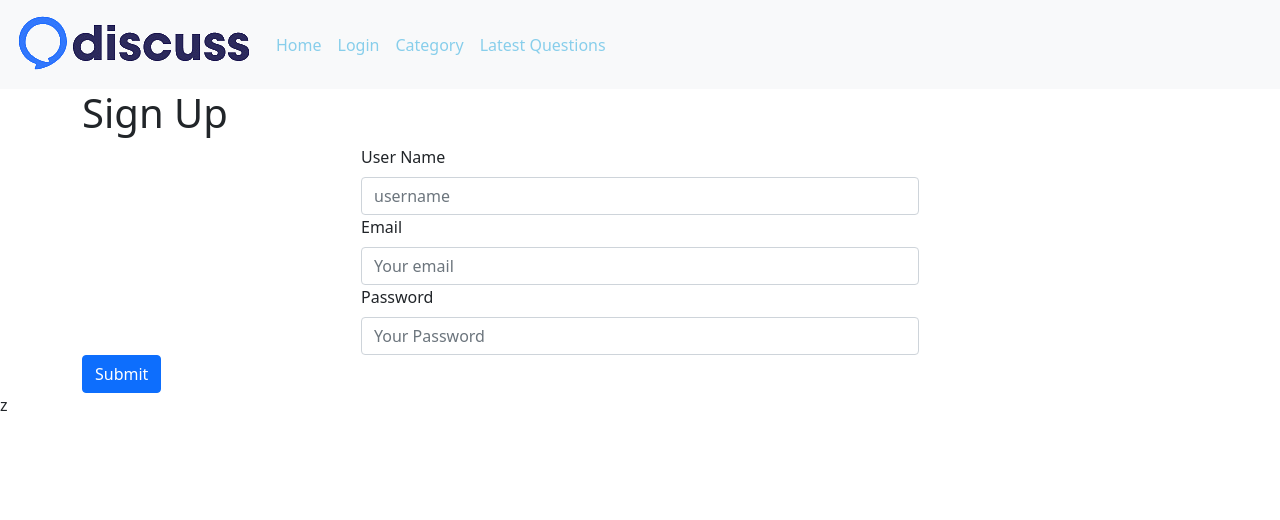
Repository: zeeShanizeeshan/php-project
Page: http://localhost/?signup=true
An editor plug-in stored every save of this project. The page is shown before and after the next save, followed by the edit.
The browser window is 1280 px wide. The pictures show the whole page.
The page is run by PHP 8.4 with error messages shown; the project is at /var/www/html/.

Above is the page before, as saved 2025-12-02 16:38:28.

### index.php
<!DOCTYPE html>
<html lang="en">

<head>
    <meta charset="UTF-8">
    <title>Discuss Project</title>
    <?php include('./client/commonFiles.php') ?>
</head>

<body>
    <?php
    include('./client/header.php');
    include('./client/signup.php');
    ?>
</body>

</html>

### client/commonFiles.php
<link href="https://cdn.jsdelivr.net/npm/bootstrap@5.0.2/dist/css/bootstrap.min.css" rel="stylesheet" integrity="sha384-EVSTQN3/azprG1Anm3QDgpJLIm9Nao0Yz1ztcQTwFspd3yD65VohhpuuCOmLASjC" crossorigin="anonymous">
<script src="https://cdn.jsdelivr.net/npm/bootstrap@5.0.2/dist/js/bootstrap.bundle.min.js" integrity="sha384-MrcW6ZMFYlzcLA8Nl+NtUVF0sA7MsXsP1UyJoMp4YLEuNSfAP+JcXn/tWtIaxVXM" crossorigin="anonymous"></script>
<link rel="stylesheet" href="./public/style.css">
</link>

### client/header.php
<nav class="navbar navbar-expand-lg navbar-light bg-light">
    <div class="container-fluid">
        <a class="navbar-brand" href="#">
            <img src="./public/discusslogo.png" alt="">
        </a>
        <div class="collapse navbar-collapse" id="navbarNav">
            <ul class="navbar-nav">
                <li class="nav-item">
                    <a class="nav-link active" aria-current="page" href="#">Home</a>
                </li>
                <li class="nav-item">
                    <a class="nav-link" href="#">Login</a>
                </li>
                <li class="nav-item">
                    <a class="nav-link" href="#">Category</a>
                </li>
                <li class="nav-item">
                    <a class="nav-link" href="#">Latest Questions</a>
                </li>
            </ul>
        </div>
    </div>
</nav>

### client/signup.php
<div class="container">
    <h1>Sign Up</h1>
    <form>

        <div class="col-6 offset-sm-3">
            <label for="username" class="form-label">User Name</label>
            <input type="text" class="form-control" id="username" placeholder="username">
        </div>

        <div class="col-6 offset-sm-3">
            <label for="email" class="form-label">Email</label>
            <input type="text" class="form-control" id="email" placeholder="Your email">
        </div>

        <div class="col-6 offset-sm-3">
            <label for="Password" class="form-label">Password</label>
            <input type="Password" class="form-control" id="Password" placeholder="Your Password">
        </div>

        <button type="submit" class="btn btn-primary">Submit</button>
    </form>
</div>z

### public/style.css
a{
    color: skyblue !important;
}

After the next save:
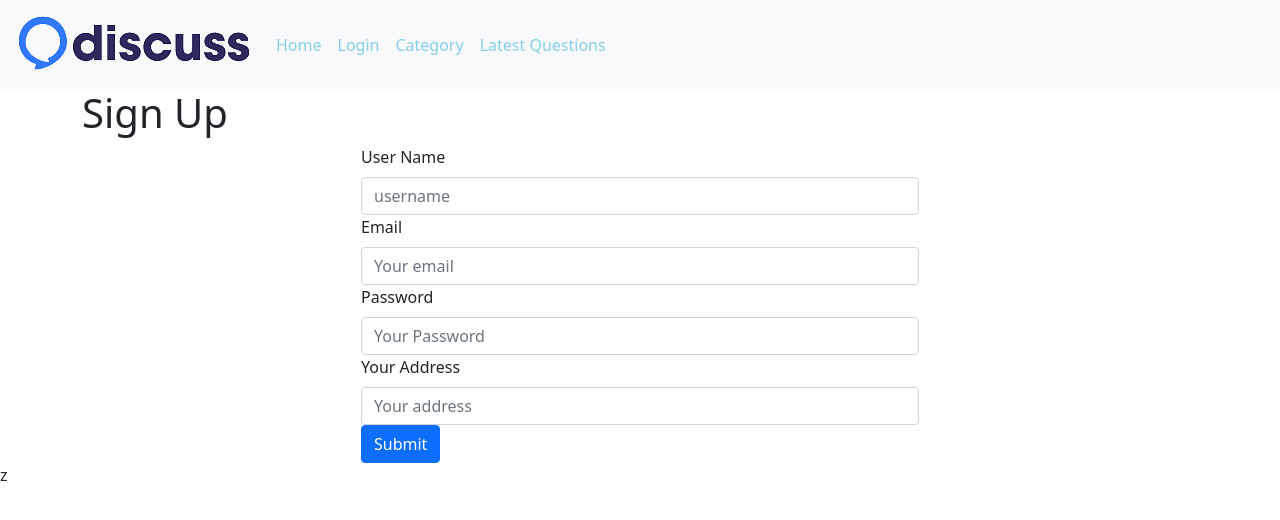
Saved 112 s later.
--- a/client/signup.php
+++ b/client/signup.php
@@ -17,6 +17,13 @@
             <input type="Password" class="form-control" id="Password" placeholder="Your Password">
         </div>
 
-        <button type="submit" class="btn btn-primary">Submit</button>
+        <div class="col-6 offset-sm-3">
+            <label for="address" class="form-label">Your Address</label>
+            <input type="text" class="form-control" id="address" placeholder="Your address">
+        </div>
+        <div class="col-6 offset-sm-3">
+            <button type="submit" class="btn btn-primary">Submit</button>
+
+        </div>
     </form>
 </div>z
